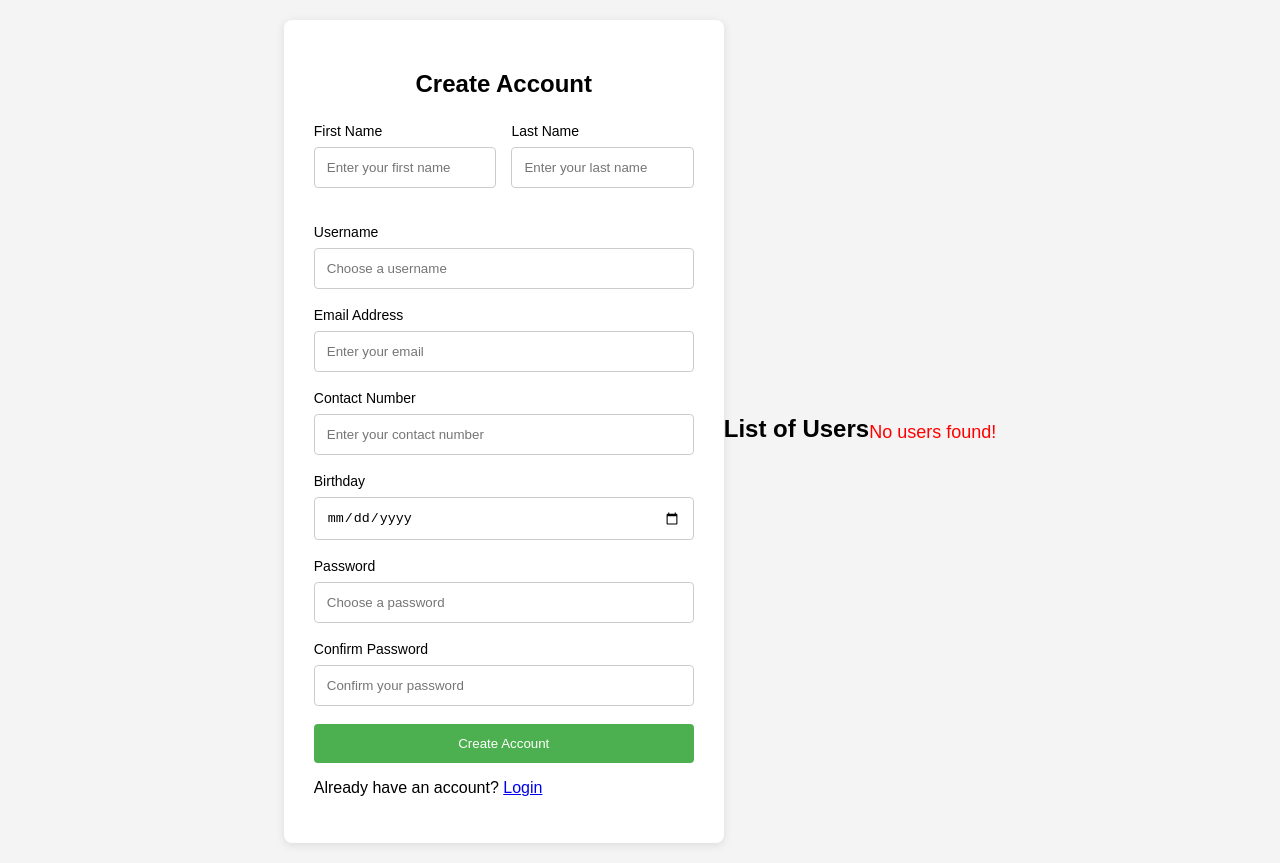
Repository: chelloraine/Collectibles
Page: http://localhost/website/LOGIN/userlist.php
The author's editor kept a copy of each file at every save. The page is drawn from the files as they stood at one save, then again after the next save.
The browser window is 1280 px wide. The pictures show the whole page.
The page is run by PHP 8.4 with error messages shown; the project is at /var/www/html/. Queries for data that is not in the repository find no rows.

Above is the page before, as saved 2025-04-01 16:29:18.

After the next save:
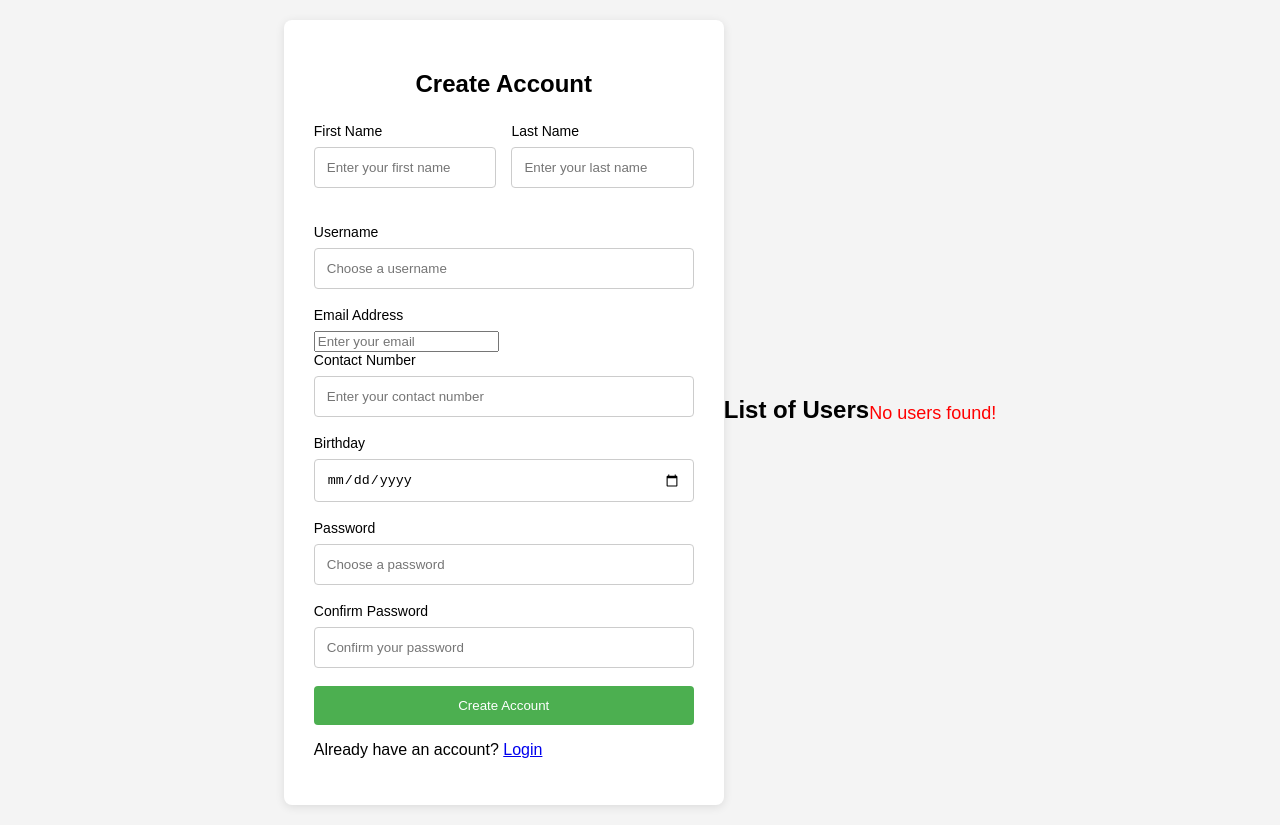
Saved 8 s later.
--- a/LOGIN/signup.php
+++ b/LOGIN/signup.php
@@ -118,7 +118,7 @@
             <input type="text" id="Username" name="Username" required placeholder="Choose a username">
 
             <label for="Customer_Email">Email Address</label>
-            <input type="email" id="email" name="email" required placeholder="Enter your email"
+            <input type="Customer_Email" id="email" name="email" required placeholder="Enter your email"
                    title="Enter a valid email (e.g., user@example.com)">
 
             <label for="contact">Contact Number</label>
